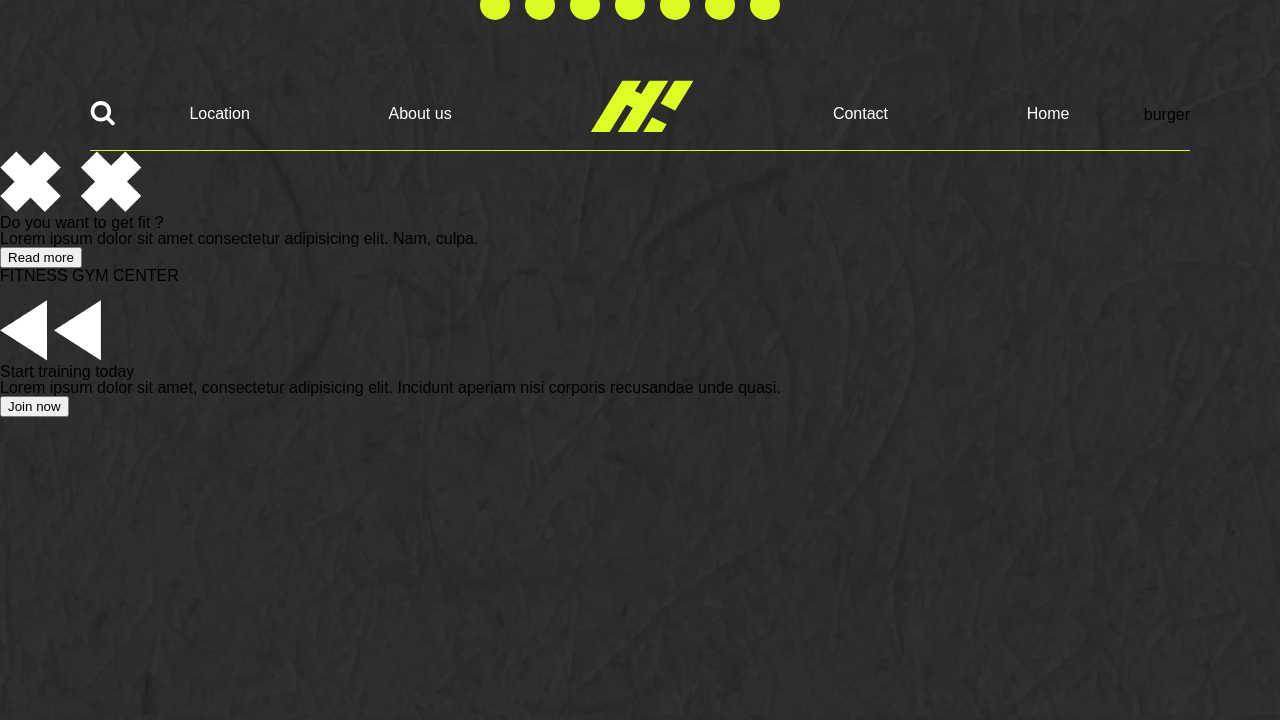
Repository: sem1103/fitness-test
Page: index.html
The author's editor kept a copy of each file at every save. The page is drawn from the files as they stood at one save, then again after the next save.
The browser window is 1280 px wide. The pictures show the whole page.

Above is the page before, as saved 2023-11-03 18:39:42.

### index.html
<!DOCTYPE html>
<html lang="en">
<head>
    <meta charset="UTF-8">
    <meta name="viewport" content="width=device-width, initial-scale=1.0">
    <title>Fitness</title>
    <link rel="stylesheet" href="style/reset.css"/>
    <link rel="stylesheet" href="style/main.css"/>
</head>
<body>
    <div id="circles">
        <ul>
            <li></li>
            <li></li>
            <li></li>
            <li></li>
            <li></li>
            <li></li>
            <li></li>
        </ul>
    </div>
    <header class="container">
        <div id="search">
            <svg version="1.2" xmlns="http://www.w3.org/2000/svg" viewBox="0 0 25 25" width="25" height="25"><style>.a{fill:#fff}</style><path fill-rule="evenodd" class="a" d="m23 24.2c-0.5 0-1 0-1.4-0.5-4.9-4.9-4.9-4.9-4.9-4.9-1.9 1.2-3.7 1.6-5.8 1.6-5.6 0-10.2-4.4-10.2-10 0-5.8 4.6-10.3 10.2-10.3 5.6 0 10.2 4.5 10.2 10.3 0 1.9-0.7 4-1.9 5.6 4.9 5.1 4.9 5.1 4.9 5.1 0.5 0.3 0.7 0.7 0.7 1.2 0 1.2-0.9 1.9-1.8 1.9zm-12.1-20.3c-3.7 0-6.5 2.8-6.5 6.5 0 3.5 2.8 6.3 6.5 6.3 3.5 0 6.5-2.8 6.5-6.3 0-3.7-3-6.5-6.5-6.5z"/></svg>
        </div>
        <nav>
            <ul>
                <li><a href="">Location</a></li>
                <li><a href="">About us</a></li>
                <li><a href=""><img src="./img/logo.png" alt="Logo"></a></li>
                <li><a href="">Contact</a></li>
                <li><a href="">Home</a></li>
            </ul>
        </nav>
        <div id="burger__menu">burger</div>
    </header>
    <main>

        <div id="intro">
            <div class="side__section">
                <div class="img">
                    <img src="img/section-one.png" alt="">
                </div>
                <h2>Do you want
                    to get fit ?</h2>
                <p>Lorem ipsum dolor sit amet consectetur adipisicing elit. Nam, culpa.</p>
                <button>Read more</button>
            </div>
            <div class="main__section">
                <h1>FITNESS GYM
                    CENTER</h1>
                <img src="" alt="">
            </div>
            <div class="side__section">
                <div class="img">
                    <img src="img/section-three.png" alt="">
                </div>
                <h2>Start training
                    today</h2>
                <p>Lorem ipsum dolor sit amet, consectetur adipisicing elit. Incidunt aperiam nisi corporis recusandae unde quasi.</p>
                <button>Join now</button>
            </div>
        </div>


    </main>
</body>
</html>

### style/reset.css
html, body, div, span, applet, object, iframe,
h1, h2, h3, h4, h5, h6, p, blockquote, pre,
a, abbr, acronym, address, big, cite, code,
del, dfn, em, img, ins, kbd, q, s, samp,
small, strike, strong, sub, sup, tt, var,
b, u, i, center,
dl, dt, dd, ol, ul, li,
fieldset, form, label, legend,
table, caption, tbody, tfoot, thead, tr, th, td,
article, aside, canvas, details, embed,
figure, figcaption, footer, header, hgroup,
menu, nav, output, ruby, section, summary,
time, mark, audio, video {
	margin: 0;
	padding: 0;
	border: 0;
	font-size: 100%;
	font: inherit;
	vertical-align: baseline;
}
/* HTML5 display-role reset for older browsers */
article, aside, details, figcaption, figure,
footer, header, hgroup, menu, nav, section {
	display: block;
}
body {
	line-height: 1;
	font-family: Arial, Helvetica, sans-serif;
}
ol, ul {
	list-style: none;
}
blockquote, q {
	quotes: none;
}
blockquote:before, blockquote:after,
q:before, q:after {
	content: '';
	content: none;
}
table {
	border-collapse: collapse;
	border-spacing: 0;
}
a{
	text-decoration: none;
}

### style/main.css
.container {
    max-width: 1100px;
    margin: auto;
}

body {
    background: url(./../img/background.png) center/cover;
    min-height: 100vh;
}

#circles ul {
    display: flex;
    flex-direction: row;
    width: 100%;
    justify-content: center;
    gap: 15px;
    margin: -10px;
}

#circles li {
    padding: 15px;
    border-radius: 50%;
    background-color: #dbfb23;
}

header {
    padding: 70px 0 0 0;
    border-bottom: 1px solid #dbfb23;
}

header,
nav ul {
    display: flex;
    flex-direction: row;
    justify-content: space-between;
    align-items: center;
}

nav {
    flex-basis: 80%;
}

nav ul {
    align-items: stretch;
}

nav li {
    display: flex;
    align-items: center;
    transition: all .3s ease-in-out;
    border-bottom: 2px solid transparent;
}
nav li:nth-child(3){
    margin: 0 0 15px 0;
    border: 0;
}
nav a {
    color: #fff;
}

nav li:hover {
    color: #dbfb23;
    transition: all .3s ease-in-out;
    border-color: #fff;
}

After the next save:
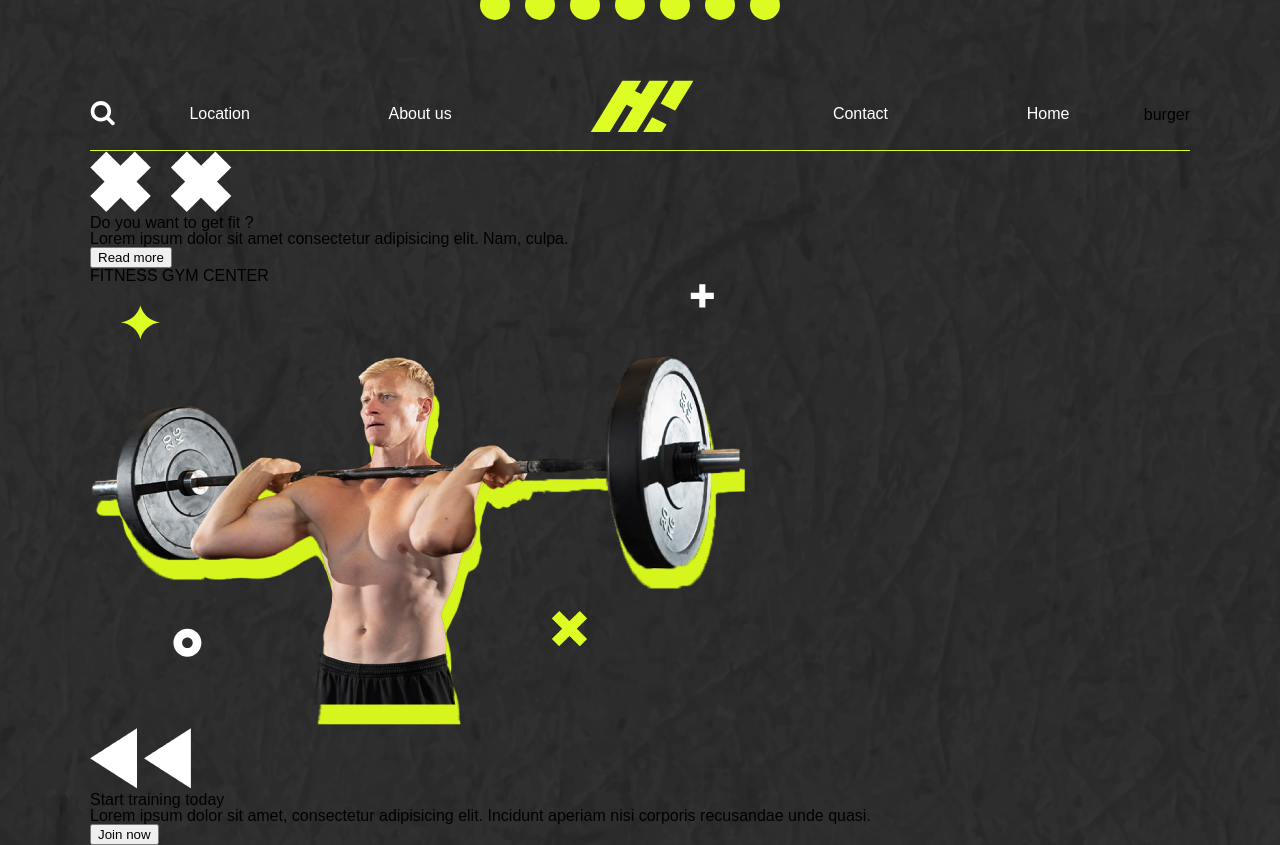
Saved 24 s later.
--- a/index.html
+++ b/index.html
@@ -36,7 +36,7 @@
     </header>
     <main>
 
-        <div id="intro">
+        <div id="intro" class="container">
             <div class="side__section">
                 <div class="img">
                     <img src="img/section-one.png" alt="">
@@ -49,7 +49,7 @@
             <div class="main__section">
                 <h1>FITNESS GYM
                     CENTER</h1>
-                <img src="" alt="">
+                <img src="img/section-two.png" alt="">
             </div>
             <div class="side__section">
                 <div class="img">
